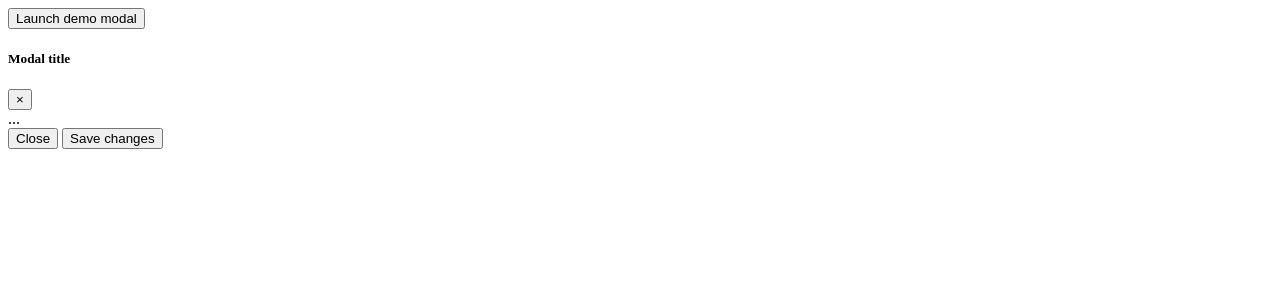
Repository: neerajchavan/E-Commerce-Project
Page: http://localhost/E-Commerce-Project/Components/Common_Modals.jsp
The author's editor kept a copy of each file at every save. The page is drawn from the files as they stood at one save, then again after the next save.
The browser window is 1280 px wide. The pictures show the whole page.
The page is served by Tomcat 9. Other server files are loaded and not shown.

Above is the page before, as saved 2020-10-21 05:57:37.

### E-Commerce-Project/WebContent/Components/Common_Modals.jsp
<!-- Button trigger modal -->
<button type="button" class="btn btn-primary" data-toggle="modal" data-target="#exampleModal">
  Launch demo modal
</button>

<!-- Modal -->
<div class="modal fade" id="exampleModal" tabindex="-1" aria-labelledby="exampleModalLabel" aria-hidden="true">
  <div class="modal-dialog">
    <div class="modal-content">
      <div class="modal-header">
        <h5 class="modal-title" id="exampleModalLabel">Modal title</h5>
        <button type="button" class="close" data-dismiss="modal" aria-label="Close">
          <span aria-hidden="true">&times;</span>
        </button>
      </div>
      <div class="modal-body">
        ...
      </div>
      <div class="modal-footer">
        <button type="button" class="btn btn-secondary" data-dismiss="modal">Close</button>
        <button type="button" class="btn btn-primary">Save changes</button>
      </div>
    </div>
  </div>
</div>

After the next save:
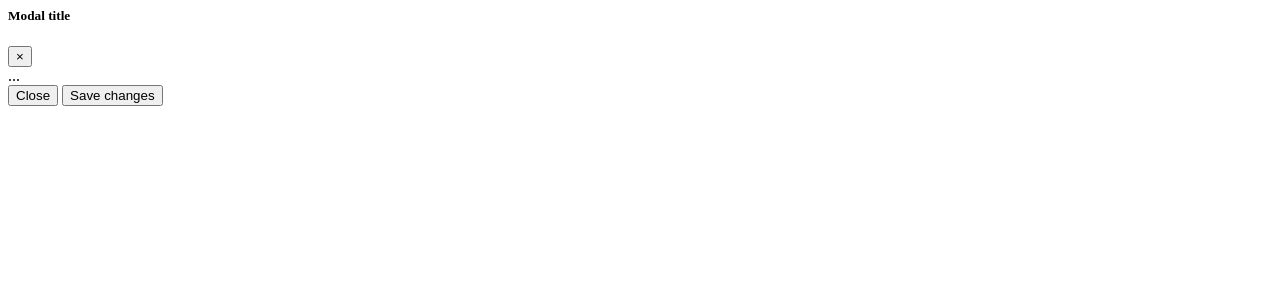
Saved 10 s later.
--- a/E-Commerce-Project/WebContent/Components/Common_Modals.jsp
+++ b/E-Commerce-Project/WebContent/Components/Common_Modals.jsp
@@ -1,10 +1,6 @@
-<!-- Button trigger modal -->
-<button type="button" class="btn btn-primary" data-toggle="modal" data-target="#exampleModal">
-  Launch demo modal
-</button>
 
 <!-- Modal -->
-<div class="modal fade" id="exampleModal" tabindex="-1" aria-labelledby="exampleModalLabel" aria-hidden="true">
+<div class="modal fade" id="cart" tabindex="-1" aria-labelledby="exampleModalLabel" aria-hidden="true">
   <div class="modal-dialog">
     <div class="modal-content">
       <div class="modal-header">
